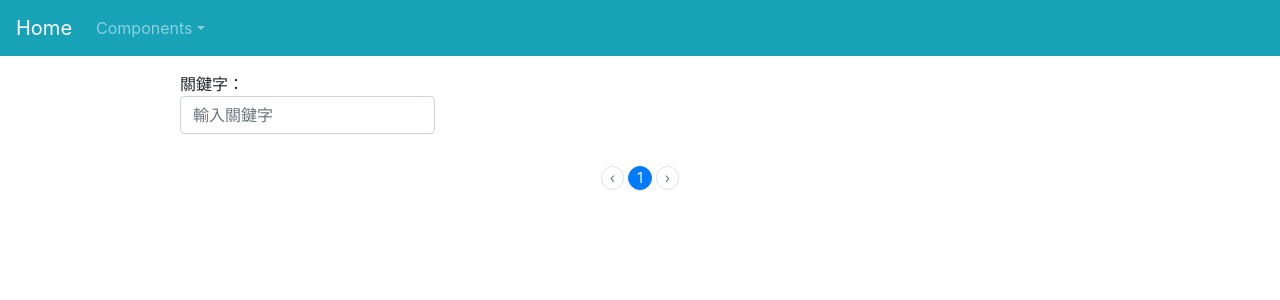
Repository: iian0910/bootstrapVue-demo
Page: /#/tablePagination
An editor plug-in stored every save of this project. The page is shown before and after the next save, followed by the edit.
The browser window is 1280 px wide. The pictures show the whole page.
The page's requests for data from a server got no answer. The project was rebuilt for these pictures with package versions that can differ from the ones it lists, and the page was loaded fresh each time. No one was signed in, and anything a server would have sent is missing.

Above is the page before, as saved 2021-04-26 15:13:12.

### src/main.ts
import axios from 'axios'
import { BootstrapVue, IconsPlugin } from 'bootstrap-vue'
import 'bootstrap-vue/dist/bootstrap-vue.css'
// Import Bootstrap an BootstrapVue CSS files (order is important)
import 'bootstrap/dist/css/bootstrap.css'
import Vue from 'vue'
import VueAxios from 'vue-axios'
import App from './App.vue'
import router from './router'

// Make BootstrapVue available throughout your project
Vue.use(BootstrapVue)
// Optionally install the BootstrapVue icon components plugin
Vue.use(IconsPlugin)
Vue.use(VueAxios, axios)

Vue.config.productionTip = false

new Vue({
  router,
  render: h => h(App)
}).$mount('#app')

### src/App.vue
<template>
  <div id="app">
  <Main/>
  </div>
</template>

<script lang="ts">
import { Component, Vue } from 'vue-property-decorator'
import Main from './pages/Main.vue'

@Component({
  components: {
    Main
  }
})
export default class App extends Vue {}
</script>

<style lang="scss">

</style>

### src/router/index.ts
import Vue from 'vue'
import VueRouter from 'vue-router'

Vue.use(VueRouter)

const routes = [
  {
    path: '/',
    name: 'Home',
    component: () => import('../pages/Index.vue')
  },
  {
    path: '/tablePagination',
    name: 'TablePagination',
    component: () => import('../components/TablePagination.vue')
  }
]

const router = new VueRouter({
  routes
})

export default router

### src/pages/Main.vue
<template>
  <div>
    <Navbar/>
    <router-view></router-view>
  </div>
</template>
<script lang="ts">
import { Component, Vue } from 'vue-property-decorator'
import Navbar from '../components/Navbar.vue'

@Component({
  components: {
    Navbar
  }
})
export default class Main extends Vue {

}
</script>
<style lang="scss">

</style>

### src/components/TablePagination.vue
<template>
  <div>
    <div class="container">
      <div class="row">
        <div class="col-3 offset-1 my-3">
          關鍵字：<b-form-input
            v-model="filterText"
            type="text"
            placeholder="輸入關鍵字"
          ></b-form-input>
        </div>
      </div>
      <div class="row">
        <div class="col-10 offset-1">
          <!-- Table: 基本款 -->
          <!-- <b-table striped hover :items="sliceDate"></b-table> -->

          <!-- Table: 客製化 -->
          <b-table
            striped hover
            :items="sliceDate"
          >
            <template #cell(seq)="sliceDate">{{sliceDate.item.seq}}</template>
            <template #cell(materialYear)="sliceDate">{{sliceDate.item.materialYear}}</template>
            <template #cell(statisticsProject)="sliceDate">{{sliceDate.item.statisticsProject}}</template>
            <template #cell(taxCategory)="sliceDate">{{sliceDate.item.taxCategory}}</template>
            <template #cell(value)="sliceDate">
              <div class="text-left">{{sliceDate.item.value | currencyChange}}</div>
            </template>
            <template #cell(dataUnit)="sliceDate">{{sliceDate.item.dataUnit}}</template>
          </b-table>
          <!-- Pagination -->
          <div class="d-flex justify-content-center">
            <b-pagination
              v-model="currentPage"
              :total-rows="data.length"
              :per-page="perPage"
              pills
              first-number
              last-number
              size="sm"
              @click.native="sliceData(currentPage)"
            ></b-pagination>
          </div>
        </div>
      </div>
    </div>
  </div>
</template>

<script lang="ts">
import { Component, Prop, Emit, Vue } from 'vue-property-decorator'

// interFace
interface Data {
  seq: string;
  materialYear: string;
  statisticsProject: string;
  taxCategory: string;
  value: string;
  dataUnit: string;
}

// Component 宣告在最前面
@Component({
  filters: {
    currencyChange (val: string) {
      val = parseFloat(val.replace(/\s/g, '').replace(/,/g, ''))
        .toString()
        .replace(/\B(?=(\d{3})+(?!\d))/g, ',')
      if (val === 'NaN') {
        val = ''
      }
      return '$' + val
    }
  }
})

export default class TablePagination extends Vue {
  // Data
  private apiURL = 'https://api.kcg.gov.tw/api/service/get/2c1d9959-d038-4918-bae3-409680f8193a'
  public data = []
  public sliceDate = []
  public parentSendData = 'parentSendData'
  public childSendData = ''
  public currentPage = 1 // 預設目前頁面
  public perPage = 10 // 每頁顯示項目數
  public sortBy = 'Value'
  public sortDesc = false
  public filterText = ''

  // @Prop(props)
  // @Prop()
  // private msg!: string;

  // @Emit
  // @Emit()
  // private emitData (msg:string) {
  //   console.log(msg)
  //   this.childSendData = msg
  // }

  // methods
  private changeDataDTO (data:any) {
    this.data = data.map((res: any) => {
      const rowData = {} as Data
      rowData.seq = res.seq
      rowData.materialYear = res.資料年度
      rowData.statisticsProject = res.統計項目
      rowData.taxCategory = res.稅目別
      rowData.value = res.值
      rowData.dataUnit = res.資料單位
      return rowData
    })
  }

  private sliceData (currentPage: number) {
    this.sliceDate = this.data.slice(this.perPage * currentPage - this.perPage, this.perPage * currentPage)
  }

  // Computed
  // this.data.filter((item:any) => { item.value.match(this.filterText) })

  // 生命週期
  public mounted () {
    this.$http.get(this.apiURL).then((res) => {
      this.data = res.data.data
      this.changeDataDTO(this.data)
      this.sliceData(this.currentPage)
    })
  }
}
</script>

<!-- Add "scoped" attribute to limit CSS to this component only -->
<style scoped lang="scss">

</style>

### src/components/Navbar.vue
<template>
  <div>
    <b-navbar toggleable="lg" type="dark" variant="info">
      <b-navbar-brand to="/">Home</b-navbar-brand>

      <b-navbar-toggle target="nav-collapse"></b-navbar-toggle>

      <b-collapse id="nav-collapse" is-nav>
        <b-navbar-nav>
          <b-nav-item-dropdown text="Components" right>
            <b-dropdown-item to="/tablePagination">TablePagination</b-dropdown-item>
          </b-nav-item-dropdown>
        </b-navbar-nav>
      </b-collapse>
    </b-navbar>
  </div>
</template>

<script lang="ts">
import { Component, Vue } from 'vue-property-decorator'

// Component 宣告在最前面
@Component({
  components: {

  }
})

export default class Navbar extends Vue {

}
</script>

Loaded but not shown: public/index.html (common file)

After the next save:
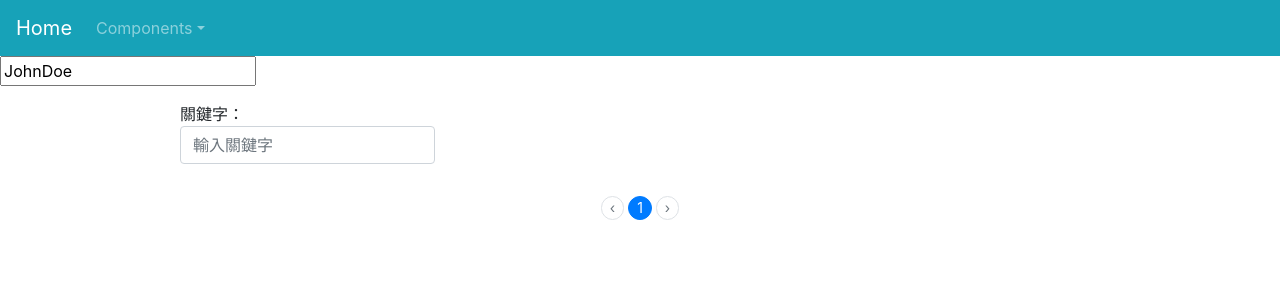
Saved 3 min 8 s later.
--- a/src/components/TablePagination.vue
+++ b/src/components/TablePagination.vue
@@ -1,5 +1,6 @@
 <template>
   <div>
+    <input type="text" v-model="name">
     <div class="container">
       <div class="row">
         <div class="col-3 offset-1 my-3">
@@ -49,7 +50,7 @@
 </template>
 
 <script lang="ts">
-import { Component, Prop, Emit, Vue } from 'vue-property-decorator'
+import { Component, Vue } from 'vue-property-decorator'
 
 // interFace
 interface Data {
@@ -89,16 +90,8 @@
   public sortDesc = false
   public filterText = ''
 
-  // @Prop(props)
-  // @Prop()
-  // private msg!: string;
-
-  // @Emit
-  // @Emit()
-  // private emitData (msg:string) {
-  //   console.log(msg)
-  //   this.childSendData = msg
-  // }
+  firstName = 'John'
+  lastName = 'Doe'
 
   // methods
   private changeDataDTO (data:any) {
@@ -120,6 +113,9 @@
 
   // Computed
   // this.data.filter((item:any) => { item.value.match(this.filterText) })
+  get name () {
+    return this.firstName + '' + this.lastName
+  }
 
   // 生命週期
   public mounted () {
